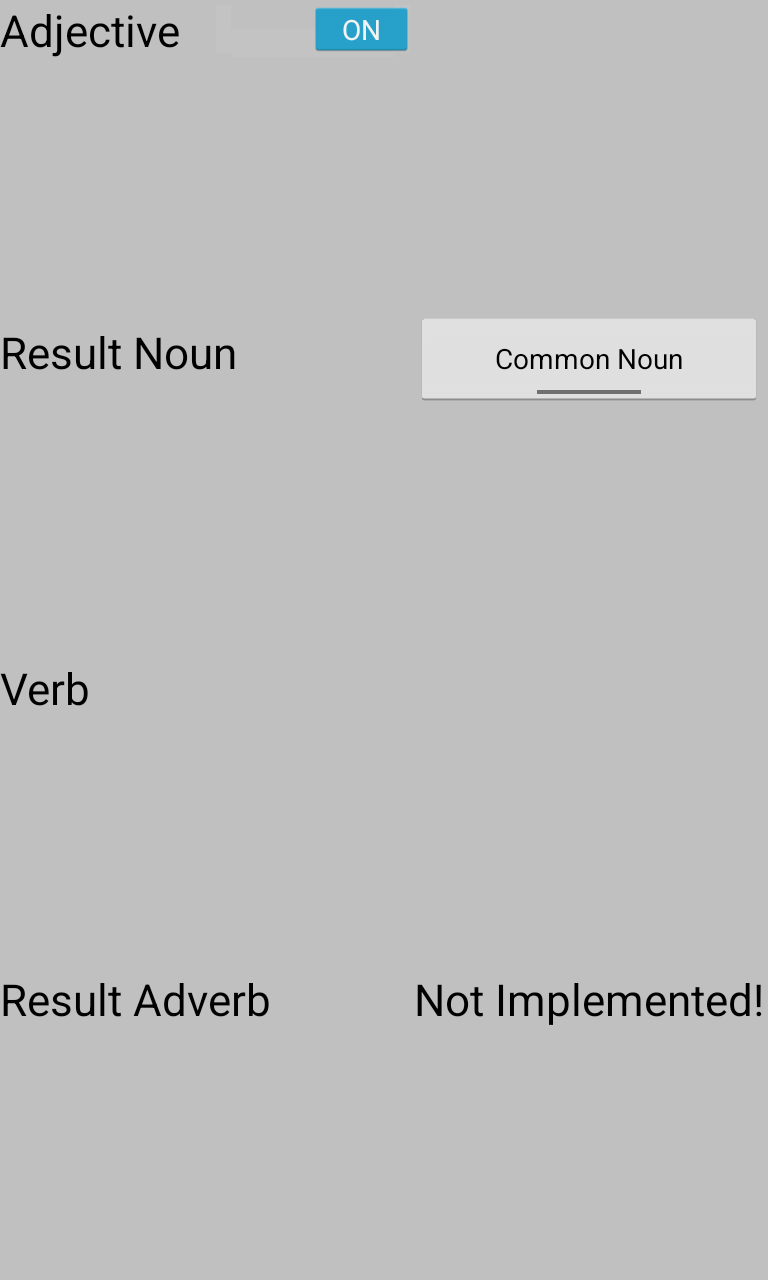
Repository: TheDizzler/TableTopTools
Layout: RPGTools/res/layout/fragment_result_controls.xml
The author's editor kept a copy of each file at every save. The layout is drawn from the files as they stood at one save, then again after the next save.
It is drawn on a 768 x 1280 px phone screen (xhdpi) without system bars, with theme AppTheme; the app's code is not run.

Above is the layout before, as saved 2017-03-22 09:41:14.

### RPGTools/res/layout/fragment_result_controls.xml
<?xml version="1.0" encoding="utf-8"?>
<TableLayout xmlns:android="http://schemas.android.com/apk/res/android"
    android:layout_width="match_parent"
    android:layout_height="match_parent"
    android:background="#C0C0C0"
    android:measureWithLargestChild="true"
    android:orientation="vertical"
    android:weightSum="4" >

    <TableRow
        android:id="@+id/tableRow1"
        android:layout_width="match_parent"
        android:layout_height="wrap_content"
        android:layout_weight="1"
        android:orientation="horizontal"
        android:weightSum="4" >

        <Switch
            android:id="@+id/switch_resultAdjective"
            android:layout_width="wrap_content"
            android:layout_height="wrap_content"
            android:checked="true"
            android:text="Adjective"
            android:textAppearance="?android:attr/textAppearanceLarge" />

        <Spinner
            android:id="@+id/spacer1"
            android:layout_width="wrap_content"
            android:layout_height="match_parent"
            android:layout_span="1"
            android:layout_weight="1"
            android:visibility="invisible" />

        <Spinner
            android:id="@+id/spacer2"
            android:layout_width="wrap_content"
            android:layout_height="match_parent"
            android:layout_span="1"
            android:layout_weight="1"
            android:visibility="invisible" />

        <ImageView
            android:id="@+id/lockBtn_resultAdjective"
            android:layout_width="32dp"
            android:layout_height="match_parent"
            android:layout_weight="1"
            android:src="@drawable/unlocked" />
    </TableRow>

    <TableRow
        android:id="@+id/tableRow2"
        android:layout_width="match_parent"
        android:layout_height="wrap_content"
        android:layout_weight="1"
        android:orientation="horizontal"
        android:weightSum="4" >

        <TextView
            android:id="@+id/textView2"
            android:layout_width="wrap_content"
            android:layout_height="wrap_content"
            android:text="Result Noun"
            android:textAppearance="?android:attr/textAppearanceLarge" />

        <ToggleButton
            android:id="@+id/toggleBtn_resultProperNoun"
            android:layout_width="wrap_content"
            android:layout_height="wrap_content"
            android:textOff="Common Noun"
            android:textOn="Proper Noun" />

        <ToggleButton
            android:id="@+id/toggleBtn_resultNounPlural"
            android:layout_width="wrap_content"
            android:layout_height="wrap_content"
            android:textOff="Single"
            android:textOn="Plural" />

        <ImageView
            android:id="@+id/lockBtn_resultNoun"
            android:layout_width="32dp"
            android:layout_height="match_parent"
            android:layout_weight="1"
            android:src="@drawable/unlocked" />
    </TableRow>

    <TableRow
        android:id="@+id/tableRow3"
        android:layout_width="match_parent"
        android:layout_height="wrap_content"
        android:layout_weight="1"
        android:weightSum="4" >

        <TextView
            android:id="@+id/textView1"
            android:layout_width="wrap_content"
            android:layout_height="wrap_content"
            android:text="Verb"
            android:textAppearance="?android:attr/textAppearanceLarge" />

        <Spinner
            android:id="@+id/spacer3"
            android:layout_width="wrap_content"
            android:layout_height="match_parent"
            android:layout_span="1"
            android:layout_weight="1"
            android:visibility="invisible" />

        <Spinner
            android:id="@+id/spacer4"
            android:layout_width="wrap_content"
            android:layout_height="match_parent"
            android:layout_span="1"
            android:layout_weight="1"
            android:visibility="invisible" />

        <ImageView
            android:id="@+id/lockBtn_resultVerb"
            android:layout_width="32dp"
            android:layout_height="match_parent"
            android:layout_weight="1"
            android:src="@drawable/unlocked" />
    </TableRow>

    <TableRow
        android:id="@+id/tableRow4"
        android:layout_width="match_parent"
        android:layout_height="wrap_content"
        android:layout_weight="1"
        android:weightSum="2" >

        <TextView
            android:id="@+id/textView3"
            android:layout_width="wrap_content"
            android:layout_height="wrap_content"
            android:text="Result Adverb"
            android:textAppearance="?android:attr/textAppearanceLarge" />

        <TextView
            android:id="@+id/textView4"
            android:layout_width="wrap_content"
            android:layout_height="wrap_content"
            android:text="Not Implemented!"
            android:textAppearance="?android:attr/textAppearanceLarge" />
    </TableRow>

</TableLayout>

Loaded but not shown: RPGTools/res/values/styles.xml (common file); RPGTools/res/values-v11/styles.xml (common file); RPGTools/res/values-v14/styles.xml (common file)

After the next save:
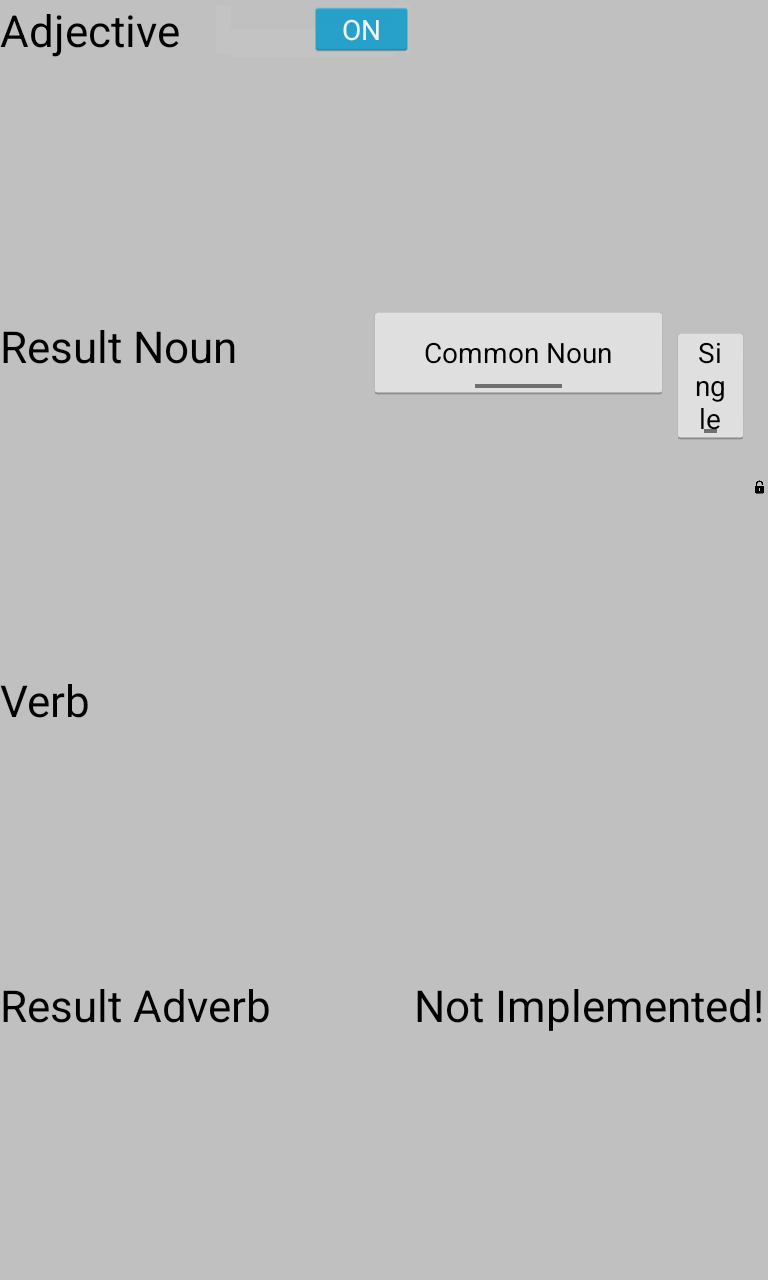
Saved 34 s later.
--- a/RPGTools/res/layout/fragment_result_controls.xml
+++ b/RPGTools/res/layout/fragment_result_controls.xml
@@ -59,6 +59,7 @@
             android:id="@+id/textView2"
             android:layout_width="wrap_content"
             android:layout_height="wrap_content"
+            android:layout_weight="1"
             android:text="Result Noun"
             android:textAppearance="?android:attr/textAppearanceLarge" />
 
@@ -66,6 +67,7 @@
             android:id="@+id/toggleBtn_resultProperNoun"
             android:layout_width="wrap_content"
             android:layout_height="wrap_content"
+            android:layout_weight="1"
             android:textOff="Common Noun"
             android:textOn="Proper Noun" />
 
@@ -73,6 +75,7 @@
             android:id="@+id/toggleBtn_resultNounPlural"
             android:layout_width="wrap_content"
             android:layout_height="wrap_content"
+            android:layout_weight="1"
             android:textOff="Single"
             android:textOn="Plural" />
 
